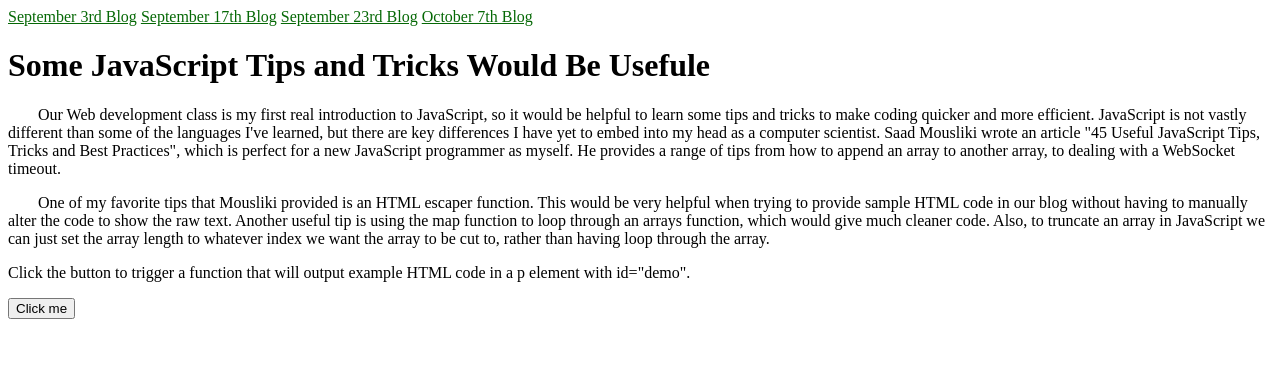
Repository: alharama/WebBlog
Page: Oct_7.html
The author's editor kept a copy of each file at every save. The page is drawn from the files as they stood at one save, then again after the next save.
The browser window is 1280 px wide. The pictures show the whole page.

Above is the page before, as saved 2021-10-08 00:12:14.

### Oct_7.html
<!DOCTYPE html>
<html>

    <head>
        <a href="index.html"> September 3rd Blog</a>
        <a href="second_blog.html"> September 17th Blog</a>
        <a href="Sept_23.html"> September 23rd Blog</a>
        <a href="Oct_7.html"> October 7th Blog</a>


        <title> September 23rd Blog</title>

        <style>

        h2 {
            text-decoration: underline;
        }
        a{
            text-decoration: underline;
            color: rgb(5, 104, 5)
        }
        a:visited{
            text-decoration: none;
        }

        #writeup {
            text-indent: 30px;
        }
        </style>

        <script>
            function escapeHTML(text) {
                var replacements= {"<": "&lt;", ">": "&gt;","&": "&amp;", "": "&quote;"};
                return text.replace(/[<>&"]/g, function(character) {
                return replacements[character];
                 });
            }

        function useHTMLescape() {


            var text = "<h1> Some JavaScript Tips and Tricks Would Be Usefule</h1>";


            document.getElementById("demo").innerHTML =escapeHTML(text);
        }
        </script>





    </head>


    <body>

        <h1> Some JavaScript Tips and Tricks Would Be Usefule</h1>

        <p id="writeup">
            Our Web development class is my first real introduction to JavaScript, so it would be helpful to learn some tips
            and tricks to make coding quicker and more efficient. JavaScript is not vastly different than some of the languages I've
            learned, but there are key differences I have yet to embed into my head as a computer scientist. Saad Mousliki wrote an article
            "45 Useful JavaScript Tips, Tricks and Best Practices", which is perfect for a new JavaScript programmer as myself. He provides a range of
            tips from how to append an array to another array, to dealing with a WebSocket timeout.
        </p>

        <p id="writeup">
            One of my favorite tips that Mousliki provided is an HTML escaper function. This  would be very helpful when trying to provide
            sample HTML code in our blog without having to manually alter the code to show the raw text. Another useful tip is using the map
            function to loop through an arrays function, which would give much cleaner code. Also, to truncate an array in JavaScript we can
            just set the array length to whatever index we want the array to be cut to, rather than having loop through the array.
        </p>


        <p>Click the button to trigger a function that will output example HTML code in a p element with id="demo".</p>

        <button onclick="useHTMLescape()">Click me</button>

        <p id="demo"></p>



    </body>

</html>

After the next save:
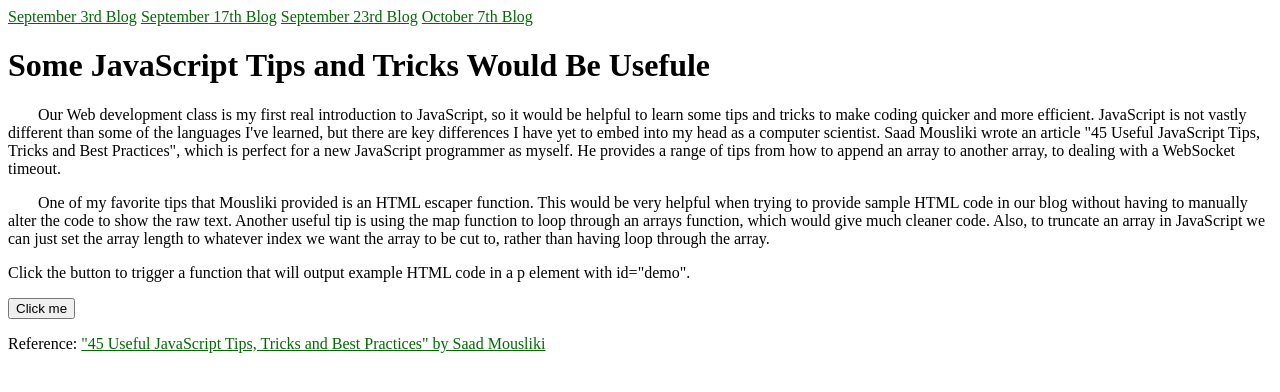
Saved 57 s later.
--- a/Oct_7.html
+++ b/Oct_7.html
@@ -80,6 +80,11 @@
         <p id="demo"></p>
 
 
+        Reference:
+        <a href="https://modernweb.com/45-javascript-tips-tricks-practices/" target="_blank">
+        "45 Useful JavaScript Tips, Tricks and Best Practices" by Saad Mousliki</a>
+
+
 
     </body>
 
